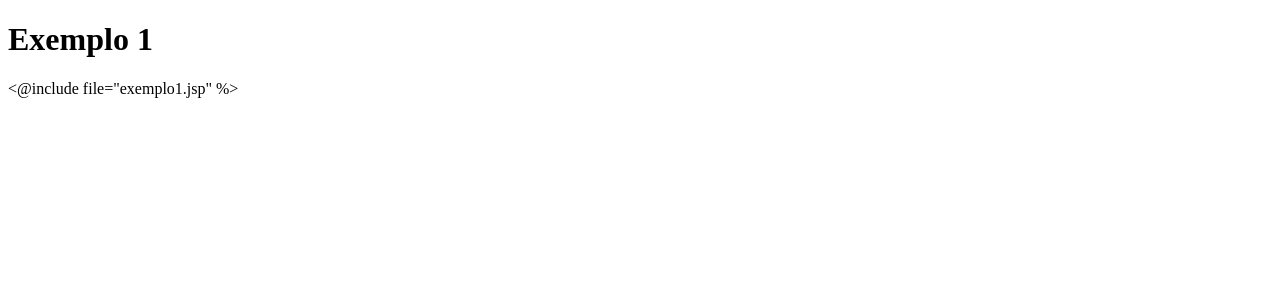
Repository: Bruno-Marian/atitivadesAulaWeb
Page: Aula/src/main/webapp/exemplo1.html
These files come from the project's save history. The page is drawn as it stood at one moment and after the next save; the edit follows.
The browser window is 1280 px wide. The pictures show the whole page.

Above is the page before, as saved 2023-10-12 00:32:42.

After the next save:
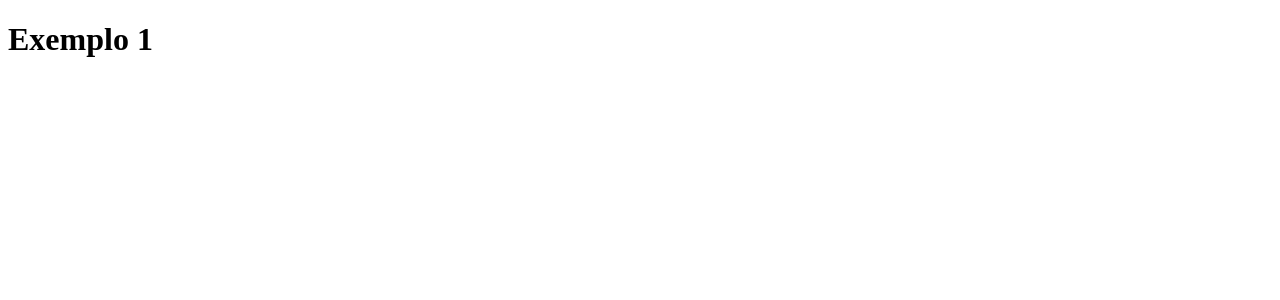
Console error: SyntaxError: Unexpected token '<'
Saved 10 s later.
--- a/Aula/src/main/webapp/exemplo1.html
+++ b/Aula/src/main/webapp/exemplo1.html
@@ -6,7 +6,8 @@
 </head>
 <body>
 <h1>Exemplo 1</h1>
-
+<script>
 <@include file="exemplo1.jsp" %>
+</script>
 </body>
 </html>

After the save that followed:
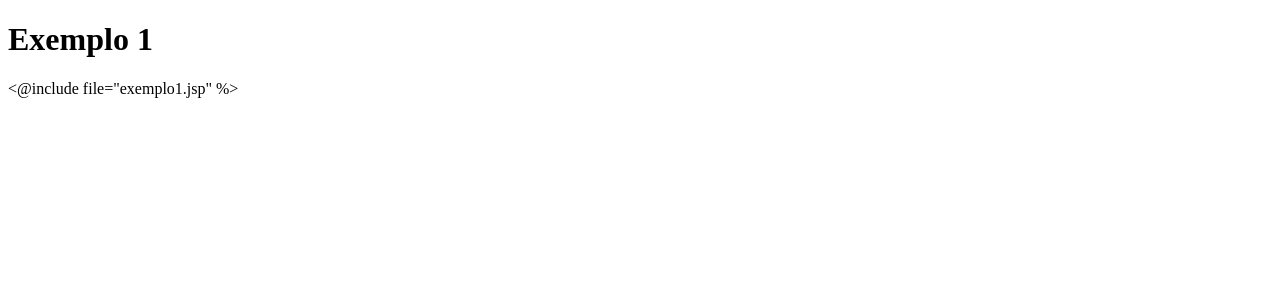
The error is gone.
Saved 19 s later.
--- a/Aula/src/main/webapp/exemplo1.html
+++ b/Aula/src/main/webapp/exemplo1.html
@@ -6,8 +6,9 @@
 </head>
 <body>
 <h1>Exemplo 1</h1>
+<@include file="exemplo1.jsp" %>
 <script>
-<@include file="exemplo1.jsp" %>
+
 </script>
 </body>
 </html>
